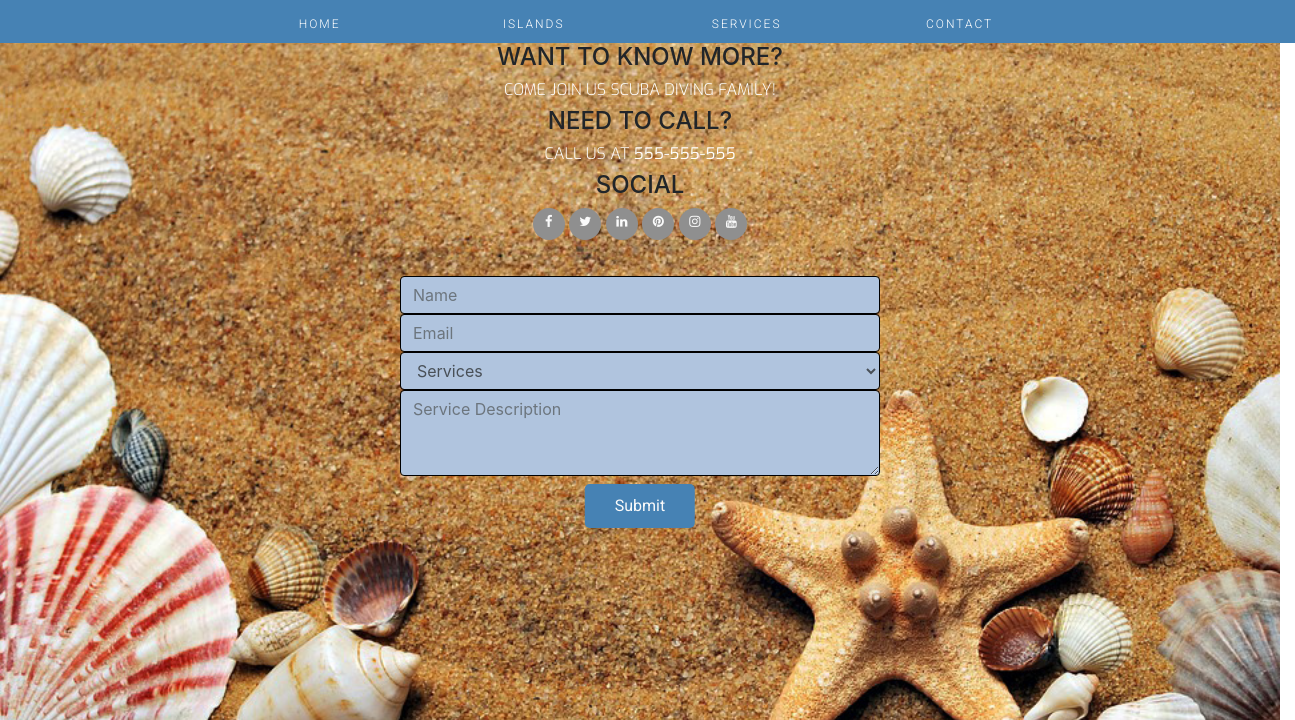
Repository: Code-Institute-Submissions/cathyann-diving.github.io
Page: contact.html
The author's editor kept a record of every edit. The page is drawn from the files as they stood at one moment, then again after the next edit.
The browser window is 1280 px wide. The page is 1295 px wide, then 1280 px, so the pictures cover 1295 px, including what lies to the right of the window. The pictures show the whole page.

Above is the page before.

After the next edit:
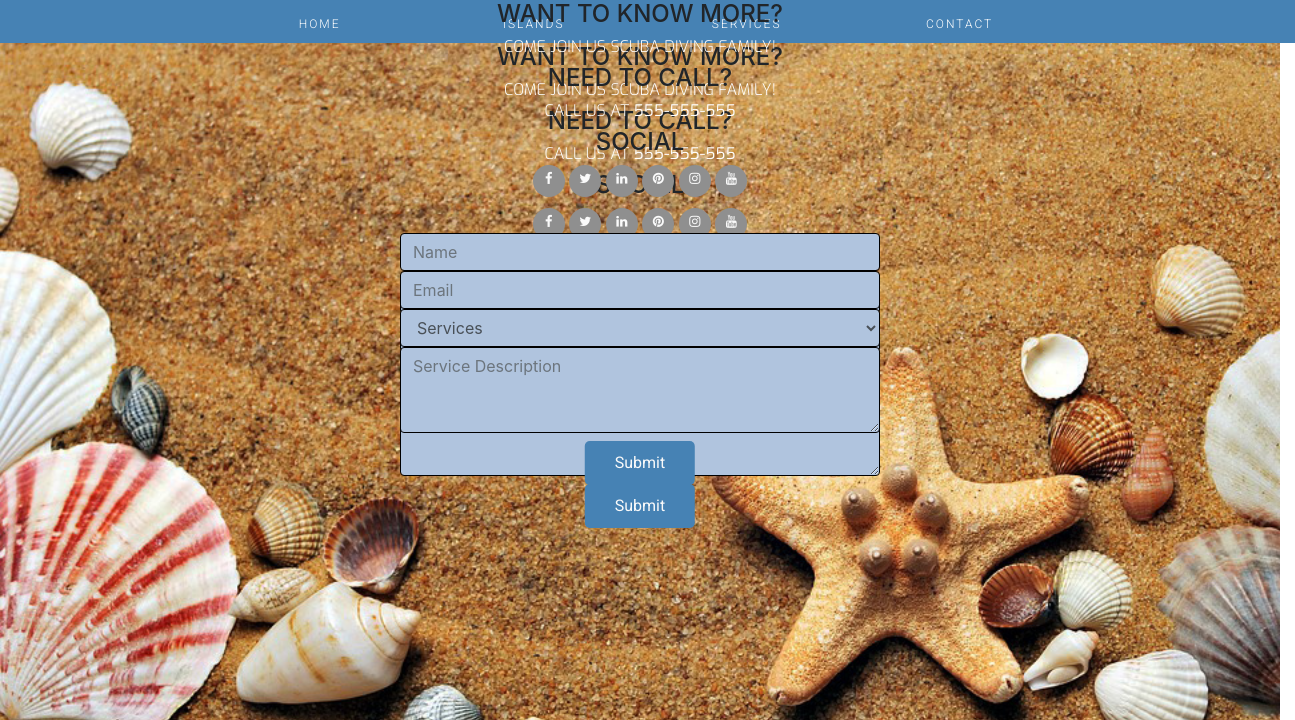
The edit:
--- a/contact.html
+++ b/contact.html
@@ -13,7 +13,9 @@
 </head>
 
 <body>
-    <div class="row">
+
+    <div class="bg-contact">
+        <div class="row">
         <div class="navbar">
             <div class="col">
                 <ul id="nav" class="list-inline menucontainer">
@@ -35,15 +37,7 @@
             </div>
         </div>
     </div>
-    <div class="bg-contact"></div>
-
-
-</body>
-
-</html>
-
-
-<div class="container-contact">
+    <div class="container-contact">
 
             <div class="col">
                 <h4 class="uppercase text-center">Want to know more?</h4>
@@ -121,3 +115,89 @@
             </div>
 
     </div>
+    </div>
+
+
+</body>
+
+</html>
+
+
+<div class="container-contact">
+
+            <div class="col">
+                <h4 class="uppercase text-center">Want to know more?</h4>
+                <h6 class="contact-heading uppercase text-center">Come join us Scuba diving family!</h6>
+                <h4 class="uppercase text-center">Need to call?</h4>
+                <h6 class="contact-heading uppercase text-center">Call us at <b>555-555-555</b></h6>
+                <h4 class="uppercase text-center">Social</h4>
+                <ul class="list-inline social-links">
+                    <li class="list-inline-item">
+                        <a href="#" target="_blank">
+                        <i class="fa fa-facebook aria-hidden true"=">
+                            <span class="sr-only">Facebook</span>
+                        </i>
+                        </a>
+                    </li>
+                    <li class="list-inline-item">
+                        <a href="#" target="_blank">
+                        <i class="fa fa-twitter aria-hidden true"=">
+                            <span class="sr-only">Twitter</span>
+                        </i>
+                        </a>
+                    </li>
+                    <li class="list-inline-item">
+                        <a href="#" target="_blank">
+                        <i class="fa fa-linkedin aria-hidden true"=">
+                            <span class="sr-only">Linkedin</span>
+                        </i>
+                        </a>
+                    </li>
+                    <li class="list-inline-item">
+                        <a href="#" target="_blank">
+                        <i class="fa fa-pinterest aria-hidden true"=">
+                            <span class="sr-only">Pinterest</span>
+                        </i>
+                        </a>
+                    </li>
+                    <li class="list-inline-item">
+                        <a href="#" target="_blank">
+                        <i class="fa fa-instagram aria-hidden true"=">
+                            <span class="sr-only">Instagram</span>
+                        </i>
+                        </a>
+                    </li>
+                    <li class="list-inline-item">
+                        <a href="#" target="_blank">
+                        <i class="fa fa-youtube aria-hidden true"=">
+                            <span class="sr-only">Youtube</span>
+                        </i>
+                        </a>
+                    </li>
+                </ul>
+
+
+                <div class="col center-form">
+                    <form>
+                        <input type="text" name="name" id="fullname" class="form-control" placeholder="Name" required/>
+                        <input type="email" name="email" id="emailaddress" class="form-control" placeholder="Email" required/>
+                        <select name="services" class="form-control">
+                            <option hidden="services selected">Services</option>
+                            <option value="trip">Trip</option>
+                            <option value="courses">Courses</option>
+                            <option value="transportation">Transportation</option>
+                            <option value="equipments">Equipments</option>
+                            <option value="equipment maintenance">Equipment Maintenance</option>
+                            <option value="spare parts">Spare Parts</option>
+                        </select>
+                        <textarea rows="3" name="remark" id="service description" class="form-control" placeholder="Service Description" required></textarea>
+                        <div class="form-row text-center">
+                            <div class="col">
+                                <button class="btn btn-primary" type="submit">Submit</button>
+                            </div>
+                        </div>
+                    </form>
+                </div>
+            </div>
+
+    </div>
